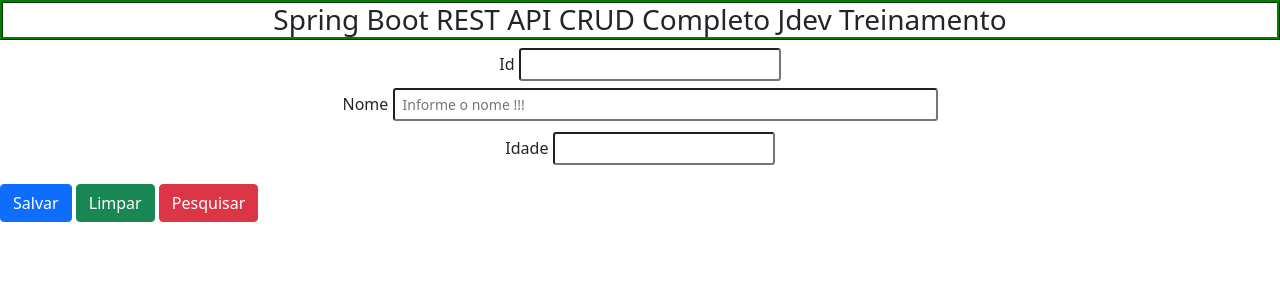
Repository: isaquelimaof/REST-API-SpringBoot
Page: springboot-rest-api-sample/src/main/resources/static/index.html
The author's editor kept a copy of each file at every save. The page is drawn from the files as they stood at one save, then again after the next save.
The browser window is 1280 px wide. The pictures show the whole page.

Above is the page before, as saved 2022-05-05 18:06:23.

### springboot-rest-api-sample/src/main/resources/static/index.html
<!DOCTYPE html>
<html lang="pt-br">
<head>
<meta charset="utf-8">
<meta name="viewport" content="width=device-width, initial-scale=1">
<link rel="stylesheet" type="text/css" href="css.css" media="screen" />
<!-- Bootstrap CSS -->
<link
	href="https://cdn.jsdelivr.net/npm/bootstrap@5.1.3/dist/css/bootstrap.min.css"
	rel="stylesheet"
	integrity="sha384-1BmE4kWBq78iYhFldvKuhfTAU6auU8tT94WrHftjDbrCEXSU1oBoqyl2QvZ6jIW3"
	crossorigin="anonymous">
<title>API REST FULL</title>
</head>
<body>
	<h3>Spring Boot REST API CRUD Completo Jdev Treinamento</h3>

	<form action="" id="formCadastroUser">

		<div class="mb-1">
			<label for="id" class="form-label">Id</label> <input type="text"
				class="form-control-sm" id="id" size="25px" readonly="readonly">
		</div>
		<div class="mb-2">
			<label for="nome" class="form-label">Nome</label> <input type="text"
				id="nome" class="form-control-sm" size="60px"
				placeholder="Informe o nome !!!">
		</div>
		<div class="mb-3">
			<label for="idade" class="form-label">Idade</label> <input
				type="number" class="form-control-sm" id="idade">
		</div>
	</form>

	<button type="button" class="btn btn-primary" onclick="salvarUsuario()">Salvar</button>
	<button type="button" class="btn btn-success"
		onclick="document.getElementById('formCadastroUser').reset()">Limpar</button>
	<button type="button" class="btn btn-danger" data-bs-toggle="modal"
		data-bs-target="#modalPesquisarUser" data-bs-whatever="@getbootstrap">Pesquisar</button>

	<div class="modal fade" id="modalPesquisarUser" tabindex="-1"
		aria-labelledby="exampleModalLabel" aria-hidden="true">
		<div class="modal-dialog">
			<div class="modal-content">
				<div class="modal-header">
					<h5 class="modal-title" id="exampleModalLabel">Pesquisar
						Usuário</h5>
					<button type="button" class="btn-close" data-bs-dismiss="modal"
						aria-label="Close"></button>
				</div>
				<div class="modal-body">
					<form>
						<div class="mb-3">
							<label for="nameBusca" class="col-form-label">Nome:</label>
							<input type="text" class="form-control" id="nameBusca">
						</div>

						<button type="button" class="btn btn-success">Pesquisar !</button>
						<!-- <div class="mb-3">
							<label for="message-text" class="col-form-label">Message:</label>
							<textarea class="form-control" id="message-text"></textarea>
						</div>  -->

					</form>

					<table class="table">
						<thead>
							<tr>
								<th scope="col">ID</th>
								<th scope="col">Nome</th>
								<th scope="col">Editar</th>
							</tr>
						</thead>
						<tbody>
							<tr>
								<th scope="row">1</th>
								<td>Mark</td>
								<td>Otto</td>
								<td>@mdo</td>
							</tr>
							<tr>
								<th scope="row">2</th>
								<td>Jacob</td>
								<td>Thornton</td>
								<td>@fat</td>
							</tr>

						</tbody>
					</table>

				</div>

				<!-- <div class="modal-footer">
						<button type="button" class="btn btn-primary">Send message</button>-->
				<button type="button" class="btn btn-danger" data-bs-dismiss="modal">Sair
					!</button>

			</div>
		</div>
	</div>
	</div>


	<script src="https://code.jquery.com/jquery-3.6.0.min.js"
		integrity="sha256-/xUj+3OJU5yExlq6GSYGSHk7tPXikynS7ogEvDej/m4="
		crossorigin="anonymous"></script>

	<!-- Option 1: Bootstrap Bundle with Popper -->
	<script
		src="https://cdn.jsdelivr.net/npm/bootstrap@5.1.3/dist/js/bootstrap.bundle.min.js"
		integrity="sha384-ka7Sk0Gln4gmtz2MlQnikT1wXgYsOg+OMhuP+IlRH9sENBO0LRn5q+8nbTov4+1p"
		crossorigin="anonymous"></script>


	<script type="text/javascript">
		function salvarUsuario() {
			//busca valores no campo
			var id = $("#id").val();
			var nome = $("#nome").val();
			var idade = $("#idade").val();

			//Trabalhando com Ajax - Sempre vai ser usado esse modelo para se comunicar com a API
			$.ajax({
				method : "POST",
				url : "salvar",
				data : JSON.stringify({
					id : id,
					nome : nome,
					idade : idade
				}),
				contentType : "application/json; charset=utf-8",
				success : function(response) {
					$("#id").val(response.id);
					alert("Salvo com Sucesso!");
				}
			}).fail(function(xhr, status, errorThrown) {
				alert("Erro ao salvar usuario !: " + xhr.responseText);
			});

		}
	</script>

</body>
</html>

### springboot-rest-api-sample/src/main/resources/static/css.css
@charset "utf-8";

h3 {
	text-align: center;

}
.mb-1{
	text-align: center;
}
.mb-2{
	text-align: center;
}
.mb-3{
	text-align: center;
}

.class .btn {
	text-align: center;
}
h3 {
	border-style: ridge;
	border-color: green;
	}

After the next save:
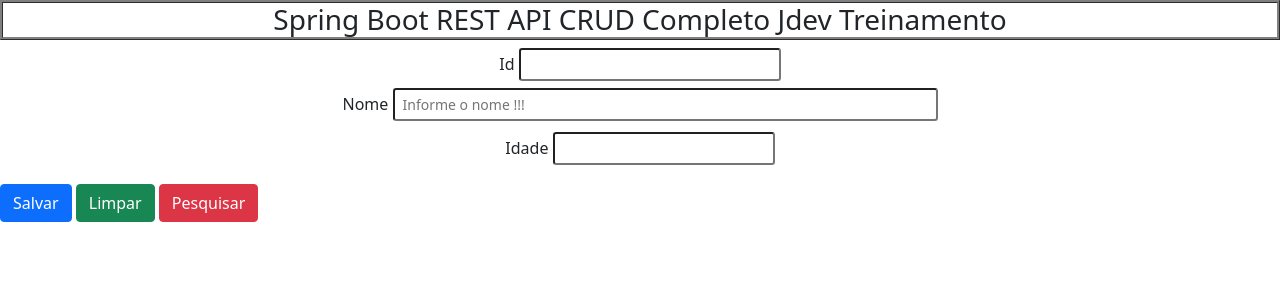
Saved 6 s later.
--- a/springboot-rest-api-sample/src/main/resources/static/css.css
+++ b/springboot-rest-api-sample/src/main/resources/static/css.css
@@ -19,5 +19,5 @@ h3 {
 }
 h3 {
 	border-style: ridge;
-	border-color: green;
+	border-color: gray;
 	}
